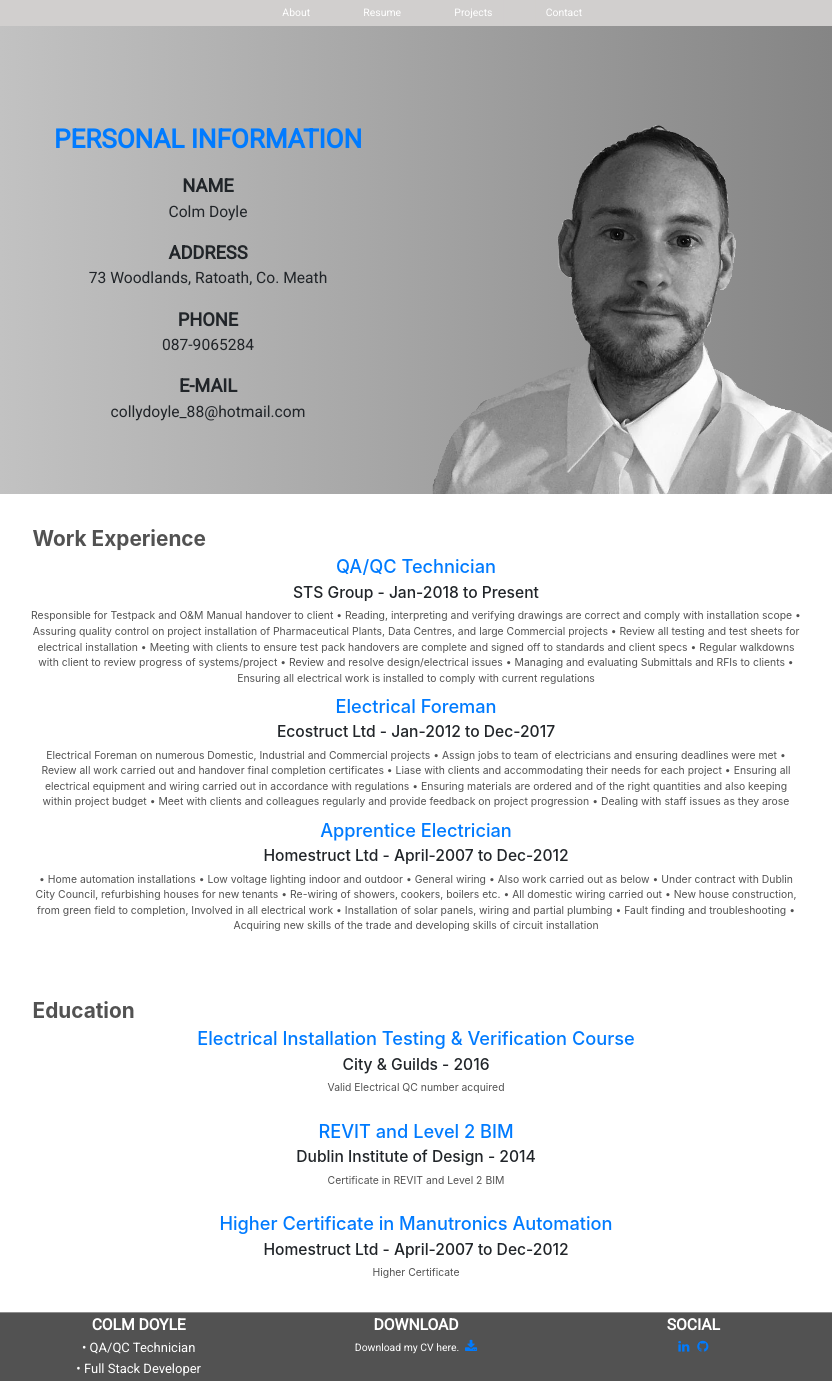
Repository: Code-Institute-Submissions/collyd21-milestone1
Page: resume.html
The author's editor kept a record of every edit. The page is drawn from the files as they stood at one moment, then again after the next edit.
The browser window is 1280 px wide. The pictures show the whole page, at 65% of full size.
Some web libraries are served in a nearby version.

Above is the page before.

After the next edit:
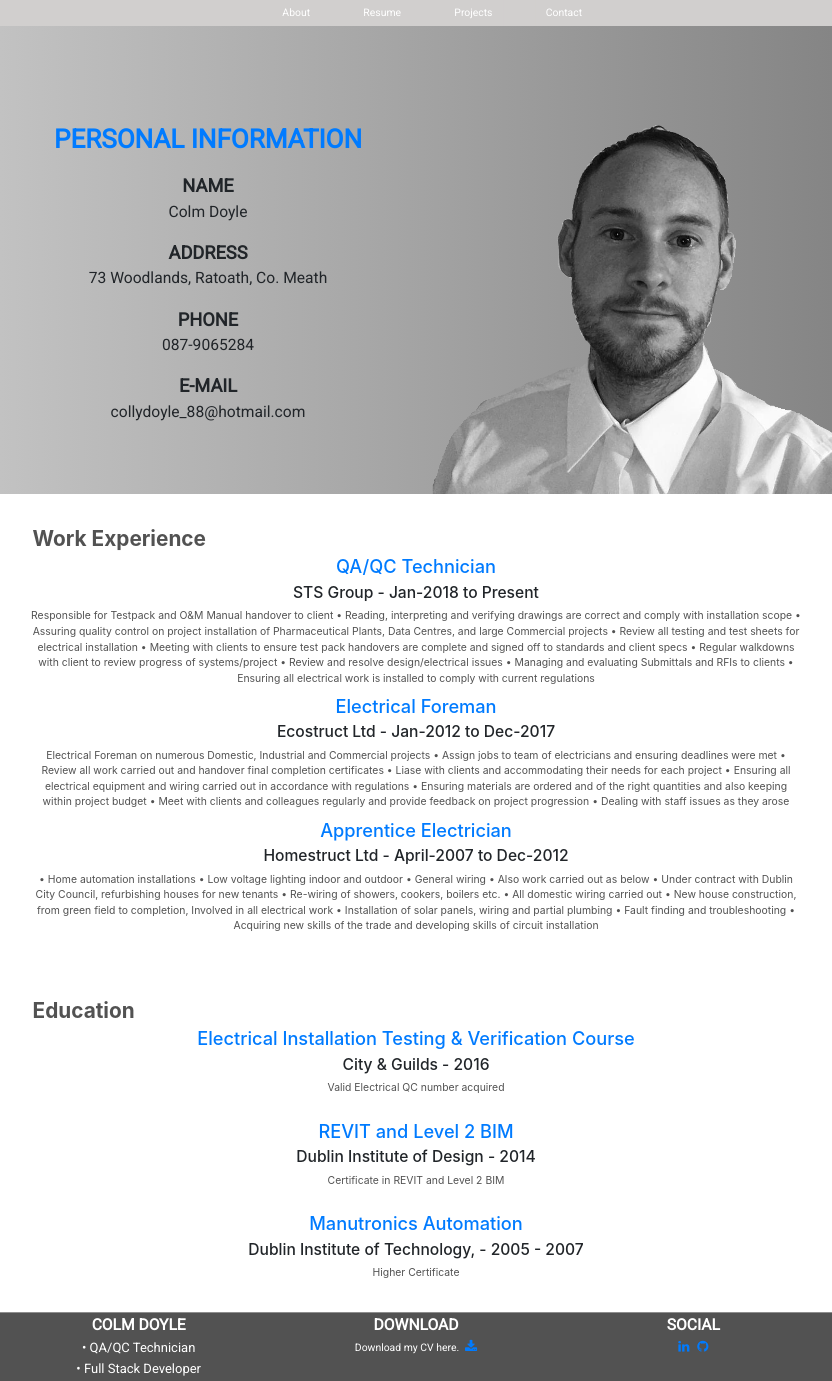
The edit:
--- a/resume.html
+++ b/resume.html
@@ -102,8 +102,8 @@
                 <br>
             </div>
             <div class="col-12 work-experience">
-                <h3>Higher Certificate in Manutronics Automation</h3>
-                <h4>Homestruct Ltd - April-2007 to Dec-2012</h4>
+                <h3>Manutronics Automation</h3>
+                <h4>Dublin Institute of Technology, - 2005 - 2007</h4>
                 <p class="bottom-margin">Higher Certificate</p>
             </div>
     </section>
